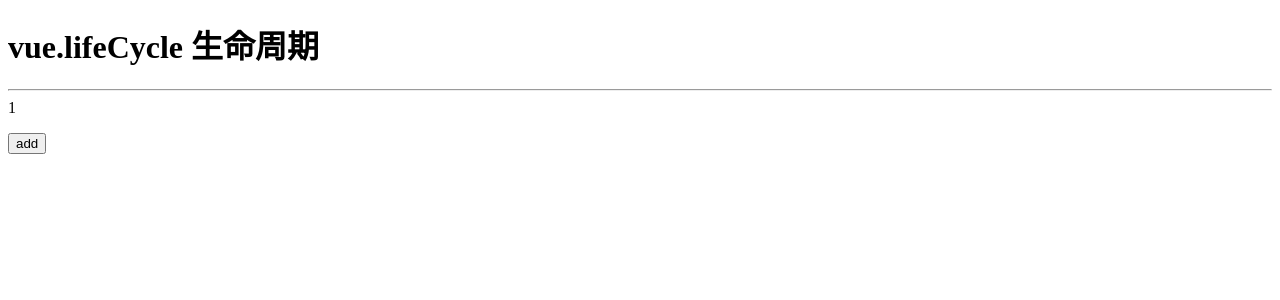
Repository: 13982720426/vue2.0-LearningNotes
Page: example/vue.lifeCycle.html
The author's editor kept a copy of each file at every save. The page is drawn from the files as they stood at one save, then again after the next save.
The browser window is 1280 px wide. The pictures show the whole page.

Above is the page before, as saved 2021-06-24 19:58:25.

After the next save:
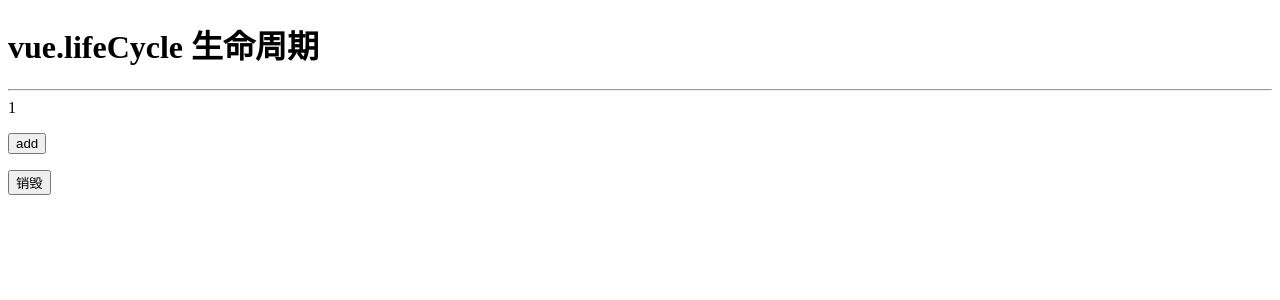
Saved 2 min 1 s later.
--- a/example/vue.lifeCycle.html
+++ b/example/vue.lifeCycle.html
@@ -16,6 +16,7 @@
         <button @click="add">add</button>
       </p>
     </div>
+    <button onclick="app.$destroy()">销毁</button>
     <script type="text/javascript">
       var app = new Vue({
         el: '#app',
